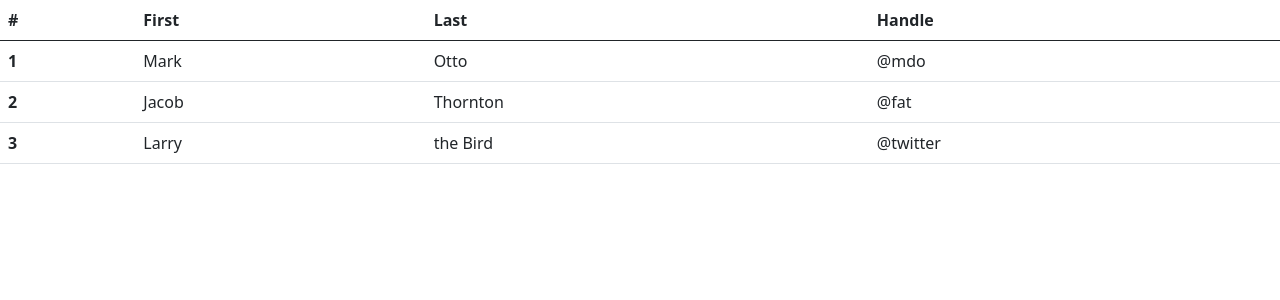
Repository: Navin3d/Voldemart
Page: http://localhost/user/productSold
The author's editor kept a copy of each file at every save. The page is drawn from the files as they stood at one save, then again after the next save.
The browser window is 1280 px wide. The pictures show the whole page.
The page is this project's Thymeleaf template; nobody is signed in. The template is opened directly, without the code that normally fills it, so the values that code supplies are empty.

Above is the page before, as saved 2021-08-14 12:07:45.

After the next save:
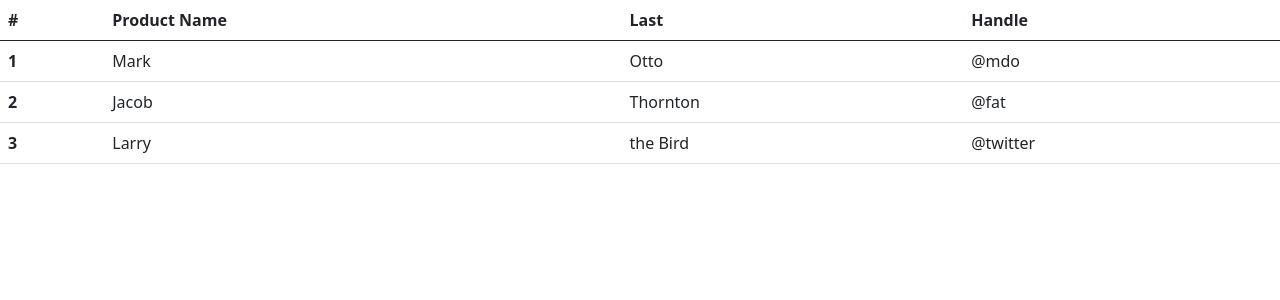
Saved 17 s later.
--- a/voldemart/src/main/resources/templates/user/productSold.html
+++ b/voldemart/src/main/resources/templates/user/productSold.html
@@ -11,7 +11,7 @@
 		  <thead class="thead-dark">
 		    <tr>
 		      <th scope="col">#</th>
-		      <th scope="col">First</th>
+		      <th scope="col">Product Name</th>
 		      <th scope="col">Last</th>
 		      <th scope="col">Handle</th>
 		    </tr>
